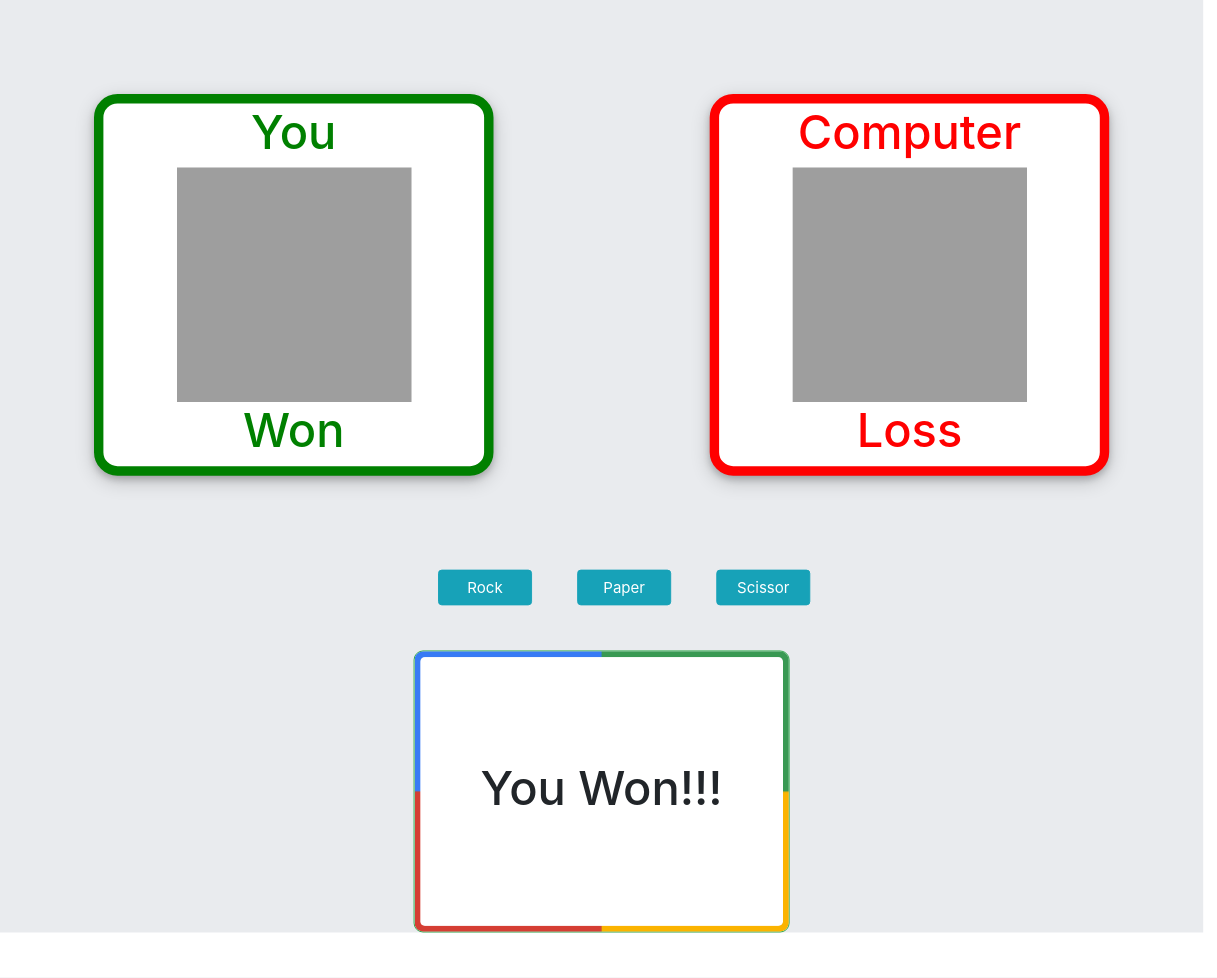
Repository: tts2610/React-Intro
Page: /
An editor plug-in stored every save of this project. The page is shown before and after the next save, followed by the edit.
The browser window is 1280 px wide. The page is 1295 px wide, so the pictures cover 1295 px, including what lies to the right of the window. The pictures show the whole page, at 94% of full size.
Pictures or frames that could not be fetched are drawn as grey boxes. Some web libraries are served in a nearby version. The project was rebuilt for these pictures with package versions that can differ from the ones it lists, and the page was loaded fresh each time.

Above is the page before, as saved 2020-05-26 22:53:56.

### public/index.html
<!DOCTYPE html>
<html lang="en">

<head>
    <meta charset="utf-8" />
    <link rel="icon" href="%PUBLIC_URL%/favicon.ico" />
    <meta name="viewport" content="width=device-width, initial-scale=1" />
    <meta name="theme-color" content="#000000" />
    <meta name="description" content="Web site created using create-react-app" />
    <link rel="apple-touch-icon" href="%PUBLIC_URL%/logo192.png" />
    <!--
      manifest.json provides metadata used when your web app is installed on a
      user's mobile device or desktop. See https://developers.google.com/web/fundamentals/web-app-manifest/
    -->
    <link rel="manifest" href="%PUBLIC_URL%/manifest.json" />
    <!--
      Notice the use of %PUBLIC_URL% in the tags above.
      It will be replaced with the URL of the `public` folder during the build.
      Only files inside the `public` folder can be referenced from the HTML.

      Unlike "/favicon.ico" or "favicon.ico", "%PUBLIC_URL%/favicon.ico" will
      work correctly both with client-side routing and a non-root public URL.
      Learn how to configure a non-root public URL by running `npm run build`.
    -->
    <title>React App</title>
    <link rel="stylesheet" href="https://maxcdn.bootstrapcdn.com/bootstrap/4.0.0/css/bootstrap.min.css" integrity="sha384-Gn5384xqQ1aoWXA+058RXPxPg6fy4IWvTNh0E263XmFcJlSAwiGgFAW/dAiS6JXm" crossorigin="anonymous">
</head>

<body>
    <noscript>You need to enable JavaScript to run this app.</noscript>
    <div id="root"></div>
    <!--
      This HTML file is a template.
      If you open it directly in the browser, you will see an empty page.

      You can add webfonts, meta tags, or analytics to this file.
      The build step will place the bundled scripts into the <body> tag.

      To begin the development, run `npm start` or `yarn start`.
      To create a production bundle, use `npm run build` or `yarn build`.
    -->
    <script src="https://code.jquery.com/jquery-3.2.1.slim.min.js" integrity="sha384-KJ3o2DKtIkvYIK3UENzmM7KCkRr/rE9/Qpg6aAZGJwFDMVNA/GpGFF93hXpG5KkN" crossorigin="anonymous"></script>
    <script src="https://cdnjs.cloudflare.com/ajax/libs/popper.js/1.12.9/umd/popper.min.js" integrity="sha384-ApNbgh9B+Y1QKtv3Rn7W3mgPxhU9K/ScQsAP7hUibX39j7fakFPskvXusvfa0b4Q" crossorigin="anonymous"></script>
    <script src="https://maxcdn.bootstrapcdn.com/bootstrap/4.0.0/js/bootstrap.min.js" integrity="sha384-JZR6Spejh4U02d8jOt6vLEHfe/JQGiRRSQQxSfFWpi1MquVdAyjUar5+76PVCmYl" crossorigin="anonymous"></script>
</body>

</html>

### src/App.js
import React , {Component } from 'react';
import './App.css';
import ChoiceCard from './components/ChoiceCard';
import Button from './components/Button';
import Result from './components/Result';


const choices = {
  rock:
    "https://opengameart.org/sites/default/files/forum-attachments/very%20simple%20rock_0.png",
  paper: "http://pngimagesfree.com/Paper/Thumb/blank-note-paper-free-clipa.png",
  scissor: "http://www.pngmart.com/files/1/Scissors-PNG-Pic.png"
};

export default class App extends Component{
    // const [choiceDic,setChoice] = useState({me:{winner:1,imgURL:choices.rock},computer:{winner:0,imgURL:choices.scissor}})
  constructor(props){
    super(props);
    this.state = {
      me:{winner:1,imgURL:"http://www.pngmart.com/files/1/Scissors-PNG-Pic.png"},
      computer:{winner:0,imgURL:"http://pngimagesfree.com/Paper/Thumb/blank-note-paper-free-clipa.png"},
    }
  }

  randomProperty = function (obj) {
    let keys = Object.keys(obj);
    let randomNum = keys.length * Math.random() << 0;
    return [obj[keys[randomNum]],keys[randomNum]];
  };

  handleClick = (myChoice)=>{
    let random = this.randomProperty(choices)
    let computerChoice = random[1];
    let myWinnerState;
    let computerWinnerState;
    if ((myChoice==='rock' && computerChoice==='scissor')||(myChoice==='paper' && computerChoice==='rock')|| (myChoice==='scissor' && computerChoice==='paper')) {
        myWinnerState = 1;
        computerWinnerState = 0;
    }else if((computerChoice==='rock' && myChoice==='scissor')||(computerChoice==='paper' && myChoice==='rock')|| (computerChoice==='scissor' && myChoice==='paper')){
        computerWinnerState = 1;
        myWinnerState = 0;
    }
    else{
        computerWinnerState = 2;
        myWinnerState = 2;
    }
    this.setState({
      me: {winner:myWinnerState,imgURL:choices[myChoice]},
      computer:{winner:computerWinnerState,imgURL:random[0]}
    },()=>{
      // if(this.state.me.winner===1&&this.state.computer.winner===0) alert("you win!!!");
      // else alert("you loose!");
    });

  }

  render(){
    return (
      <div className="App">
        <div className="row">
          <div className="col-6">
              <ChoiceCard title="You" winner={this.state.me.winner} imgURL={this.state.me.imgURL} />
          </div>
          <div className="col-6">
              <ChoiceCard title="Computer" winner={this.state.computer.winner} imgURL={this.state.computer.imgURL}/>
          </div>
        </div>

        <div className="row rowOfButtons">
        <Button type="rock" handleClick={this.handleClick}/>
        <Button type="paper" handleClick={this.handleClick}/>
        <Button type="scissor" handleClick={this.handleClick}/>
        </div>
        <div className="row border border-success result mt-5 mx-auto rainbow mb-5">
        <Result result={[this.state.me.winner,this.state.computer.winner]}/>
        </div>
      </div>
    );
  }

}

### src/App.css
.App {
    min-height: 100vh;
    text-align: center;
    background-color: #e9ebee;
}

.rowOfButtons {
    display: flex;
    justify-content: center;
}

.rowOfButtons button {
    width: 100px;
}

.choice-card {
    flex: 1;
    display: flex;
    margin: 100px;
    font-size: 3em;
    padding: 0 40px;
    font-weight: 300;
    text-align: center;
    border-radius: 25px;
    flex-direction: column;
    align-items: center;
    border: 1px solid black;
    background-color: white;
    justify-content: space-around;
    box-shadow: 0 4px 8px 0 rgba(0, 0, 0, 0.2), 0 6px 20px 0 rgba(0, 0, 0, 0.19);
}

img {
    width: 250px;
    height: 250px;
}

h1 {
    font-size: 50px;
}

.winner {
    color: green;
    border: 10px solid green;
}

.loser {
    color: red;
    border: 10px solid red;
}

.tie {
    border: 10px solid black;
}

.result {
    width: max-content;
    display: flex;
    justify-content: center;
}

@-webkit-keyframes rotate {
    100% {
        -webkit-transform: rotate(1turn);
        transform: rotate(1turn);
    }
}

@keyframes rotate {
    100% {
        -webkit-transform: rotate(1turn);
        transform: rotate(1turn);
    }
}

.rainbow {
    position: relative;
    z-index: 0;
    width: 400px;
    height: 300px;
    border-radius: 10px;
    overflow: hidden;
    padding: 2rem;
}

.rainbow::before {
    content: '';
    position: absolute;
    z-index: -2;
    left: -50%;
    top: -50%;
    width: 200%;
    height: 200%;
    background-color: #399953;
    background-repeat: no-repeat;
    background-size: 50% 50%, 50% 50%;
    background-position: 0 0, 100% 0, 100% 100%, 0 100%;
    background-image: -webkit-gradient(linear, left top, left bottom, from(#399953), to(#399953)), -webkit-gradient(linear, left top, left bottom, from(#fbb300), to(#fbb300)), -webkit-gradient(linear, left top, left bottom, from(#d53e33), to(#d53e33)), -webkit-gradient(linear, left top, left bottom, from(#377af5), to(#377af5));
    background-image: linear-gradient(#399953, #399953), linear-gradient(#fbb300, #fbb300), linear-gradient(#d53e33, #d53e33), linear-gradient(#377af5, #377af5);
    -webkit-animation: rotate 4s linear infinite;
    animation: rotate 4s linear infinite;
}

.rainbow::after {
    content: '';
    position: absolute;
    z-index: -1;
    left: 6px;
    top: 6px;
    width: calc(100% - 12px);
    height: calc(100% - 12px);
    background: white;
    border-radius: 5px;
}

.resultInner {
    display: flex;
    align-items: center;
}

### src/components/ChoiceCard.js
import React from 'react'

export default function ChoiceCard({title,winner,imgURL}) {

        if(winner===2){
            return (
                <div className={`choice-card tie`}>
                    <h1>{title}</h1>
                    <img src={imgURL} alt={imgURL}/>
                    <h1>Tie</h1>
                </div>
                );
        }
        return (
        <div className={`choice-card ${winner ? 'winner' : 'loser'}`}>
            <h1>{title}</h1>
            <img src={imgURL} alt={imgURL}/>
            <h1>{winner ? 'Won' : 'Loss'}</h1>
        </div>
        );
}

### src/components/Button.js
import React from 'react'

export default function Button({handleClick,type}){
    return (
        <div>
            <button type="button" className="btn btn-info ml-5 text-capitalize" onClick={()=>handleClick(type)} >{type}</button>
        </div>
    );
}

### src/components/Result.js
import React from 'react'

export default function Result({result}){
    if(result[0]>result[1])
        return (<div className="resultInner">
                    <h1>You Won!!!</h1>
                </div>);
    else if(result[0]<result[1]){
        return (<div className="resultInner">
            <h1>You Lost!!!</h1>
        </div>);
    }else{
        return (<div className="resultInner">
            <h1>Tie Game!!!</h1>
        </div>);
    }
}

Loaded but not shown: src/index.js (common file); src/index.css (common file); src/serviceWorker.js (common file)

After the next save:
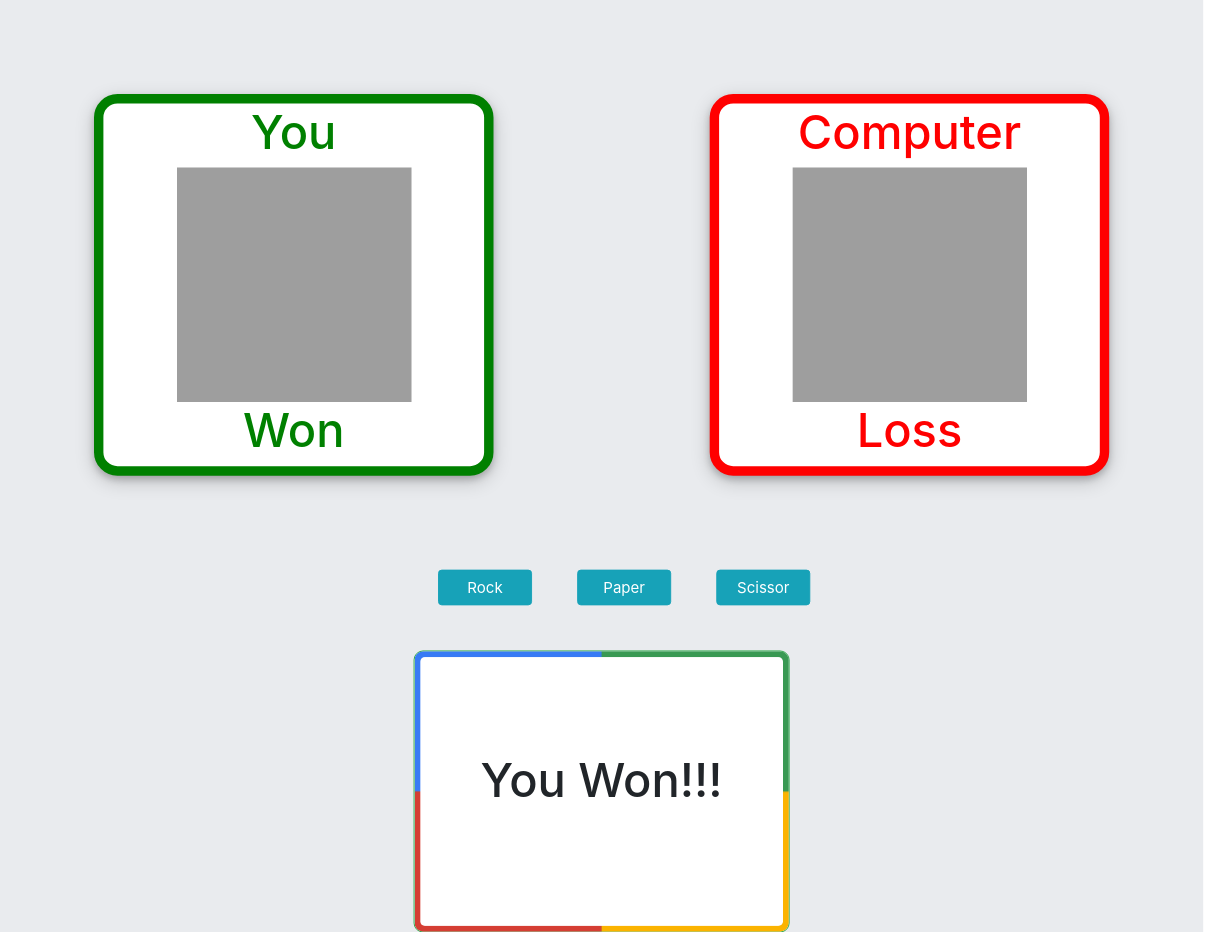
Saved 12 s later.
--- a/src/App.js
+++ b/src/App.js
@@ -71,7 +71,7 @@ export default class App extends Component{
         <Button type="paper" handleClick={this.handleClick}/>
         <Button type="scissor" handleClick={this.handleClick}/>
         </div>
-        <div className="row border border-success result mt-5 mx-auto rainbow mb-5">
+        <div className="row border border-success result mt-5 mx-auto rainbow pb-5">
         <Result result={[this.state.me.winner,this.state.computer.winner]}/>
         </div>
       </div>
